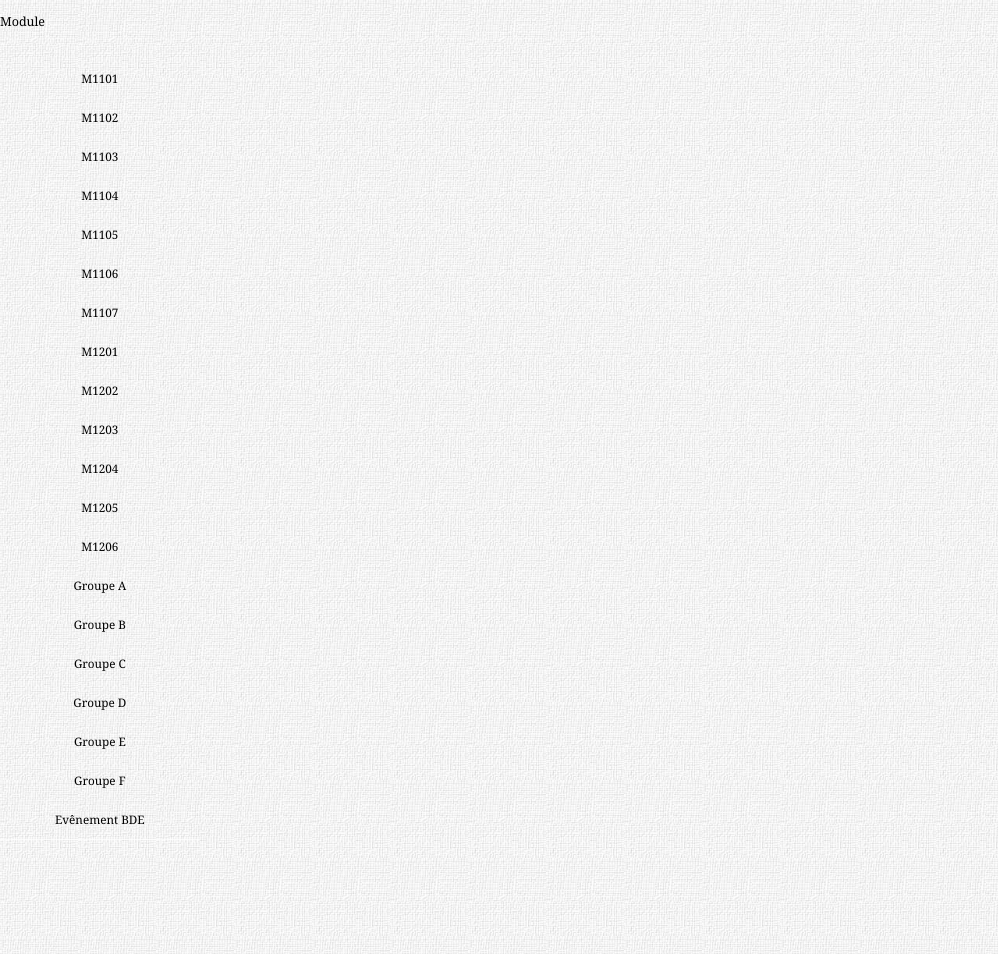
Repository: ValentinArg/PETUT
Page: http://localhost/PETUT/WEB-INF/jsp/eleve/semestre1.jsp
These files come from the project's save history. The page is drawn as it stood at one moment and after the next save; the edit follows.
The browser window is 1280 px wide. The pictures show the whole page, at 78% of full size.
Some web libraries are served in a nearby version. The page is served by Tomcat 9. Nobody is signed in. The template is opened directly, without the code that normally fills it, so the values that code supplies are empty.

Above is the page before, as saved 2016-10-02 11:55:48.

After the next save:
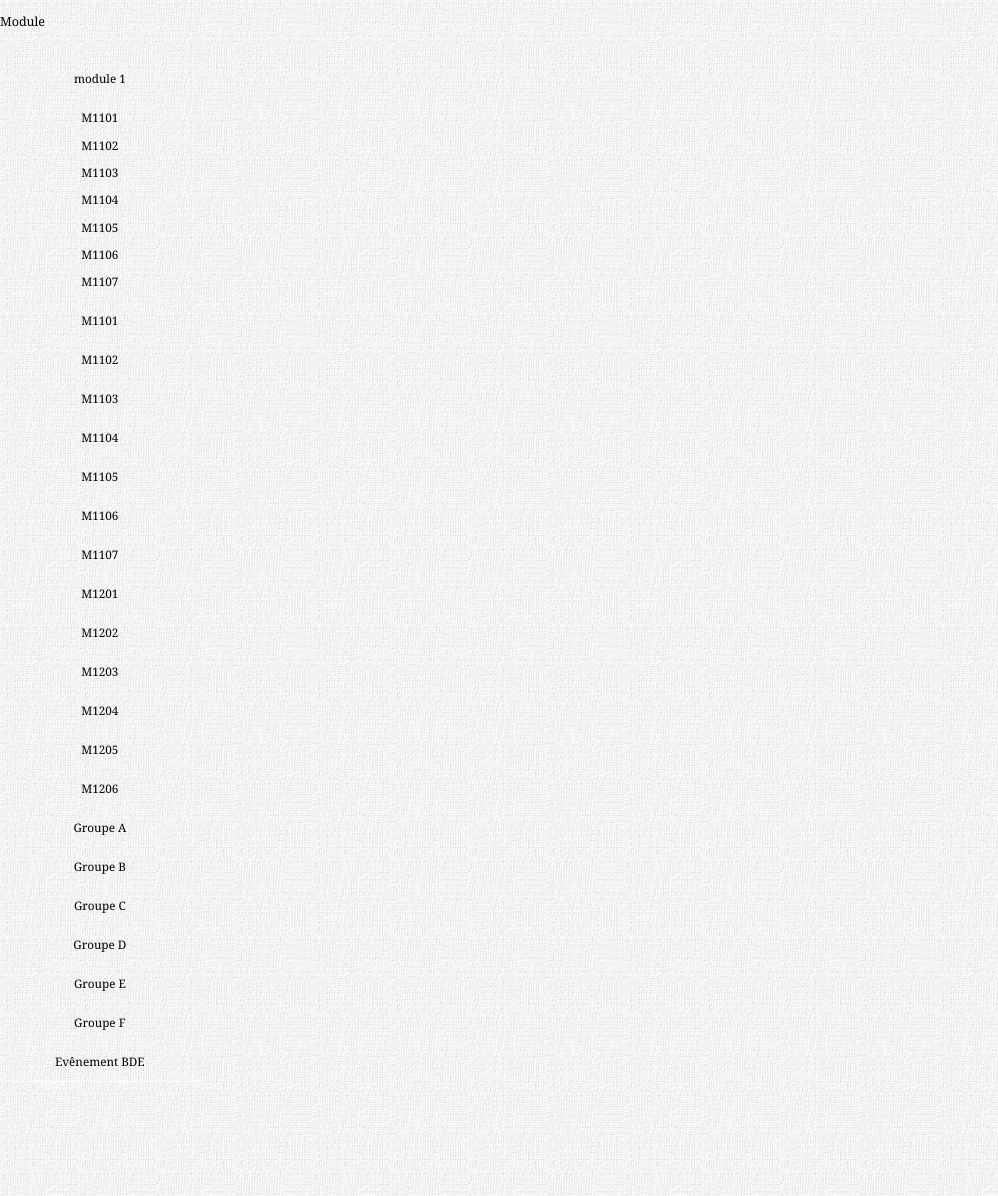
Saved 19 h 44 min later.
--- a/PETUT/WebContent/WEB-INF/jsp/eleve/semestre1.jsp
+++ b/PETUT/WebContent/WEB-INF/jsp/eleve/semestre1.jsp
@@ -13,6 +13,17 @@
 	<jsp:include page="../enTete.jsp"/>
 	<div class="navigation" id="navigation">
 		<ul>
+			<li class="parent" id="parent1"><p class="module">module 1</p>
+				<ul>
+					<li><p class="module">M1101</p></li>
+					<li><p class="module">M1102</p></li>
+					<li><p class="module">M1103</p></li>
+					<li><p class="module">M1104</p></li>
+					<li><p class="module">M1105</p></li>
+					<li><p class="module">M1106</p></li>
+					<li><p class="module">M1107</p></li>
+				</ul>
+			</li>
 			<li class="parent" id="parent1"><p class="module">M1101</p></li>
 			<li class="parent" id="parent2"><p class="module">M1102</p></li>
 			<li class="parent" id="parent1"><p class="module">M1103</p></li>
